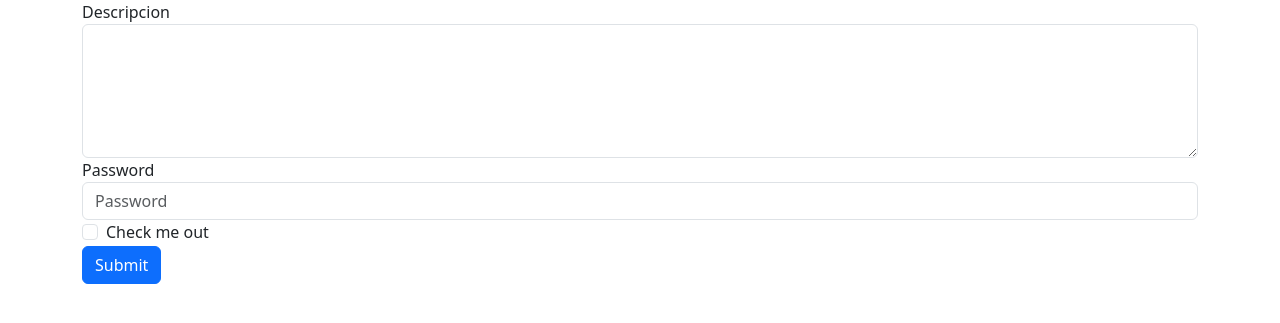
Repository: kevin-meza/pompeyo
Page: http://localhost/post/create
An editor plug-in stored every save of this project. The page is shown before and after the next save, followed by the edit.
The browser window is 1280 px wide. The pictures show the whole page.
The page is served by the project's Laravel application, run on PHP 8.4 with Laravel 10.

Above is the page before, as saved 2023-05-05 17:12:03.

After the next save:
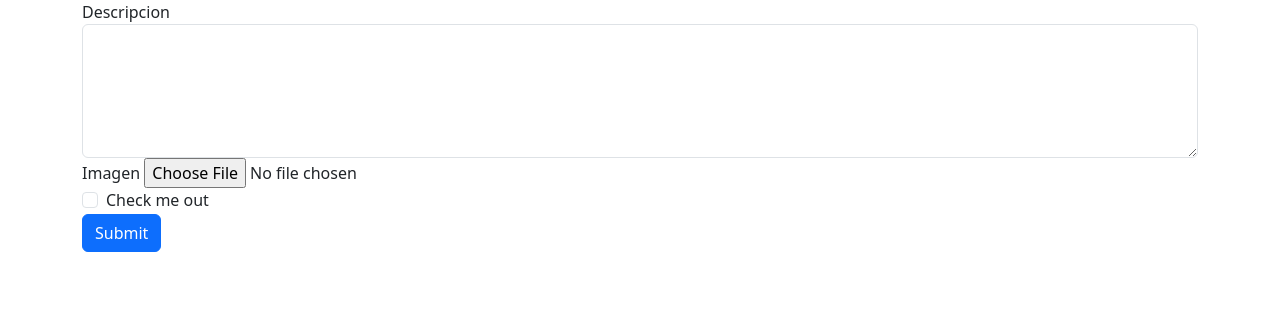
Saved 36 s later.
--- a/resources/views/post/form.blade.php
+++ b/resources/views/post/form.blade.php
@@ -17,8 +17,8 @@
             <textarea class="form-control" name="descripcion" id="" cols="10" rows="5"></textarea>
         </div>
         <div class="form-group">
-          <label for="exampleInputPassword1">Password</label>
-          <input type="password" class="form-control" id="exampleInputPassword1" placeholder="Password">
+          <label for="exampleInputPassword1">Imagen</label>
+          <input type="file" name="imagen" id="imagen">
         </div>
         <div class="form-check">
           <input type="checkbox" class="form-check-input" id="exampleCheck1">
